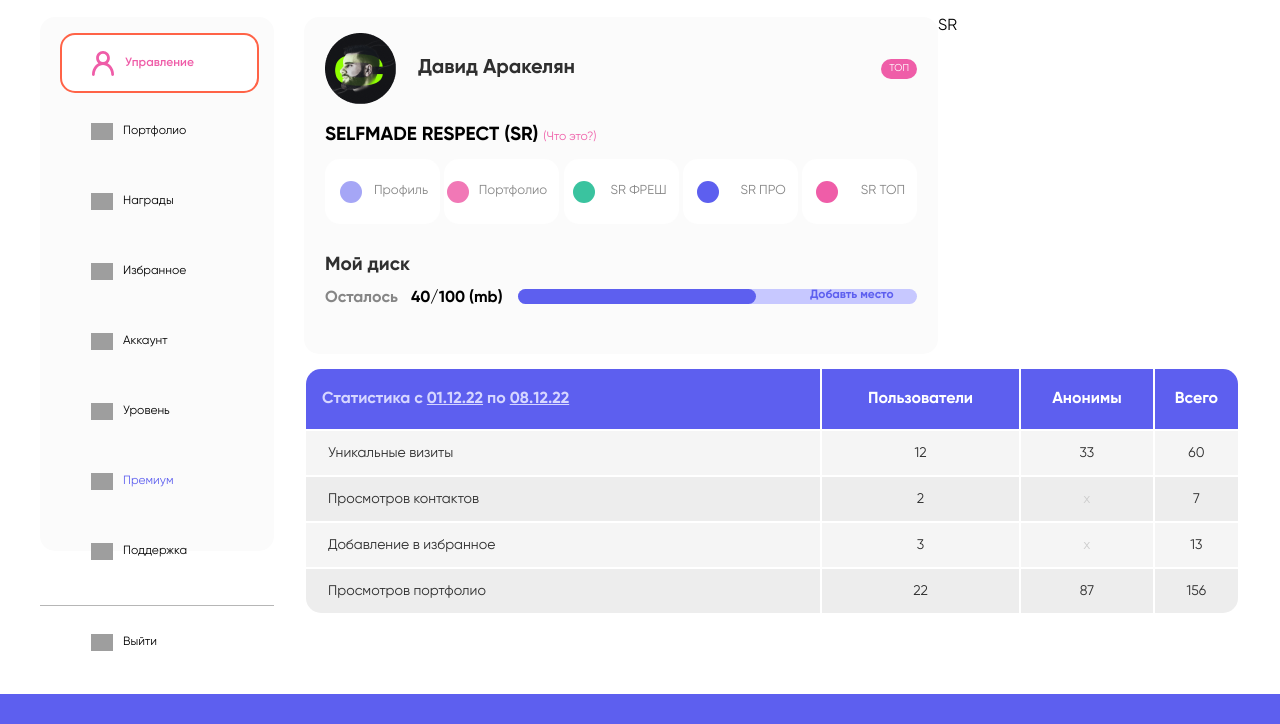
Repository: alexboagreek/selfmade
Page: index.html
An editor plug-in stored every save of this project. The page is shown before and after the next save, followed by the edit.
The browser window is 1280 px wide. The pictures show the part of the page from y = 353 to 1077 px (the page is 1586 px tall before and 1703 px after).
Pictures or frames that could not be fetched are drawn as grey boxes. A picture or video elsewhere on the page could not be fetched, so the positions and the page height are approximate.

Above is the page before, as saved 2022-12-13 16:52:11.

After the next save:
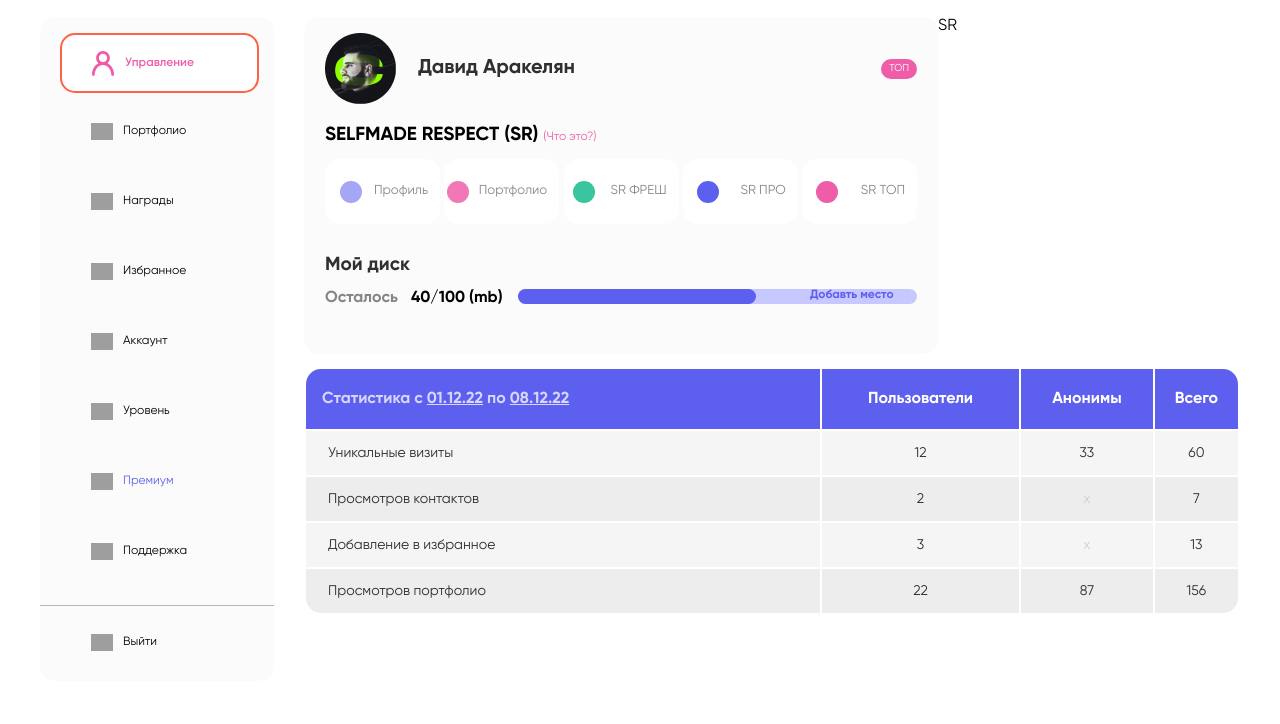
Saved 43 s later.
--- a/css/sidebar.css
+++ b/css/sidebar.css
@@ -11,7 +11,7 @@
     display: flex;
     justify-content: center;
     width: 234px;
-    height: 534px;
+    min-height: 534px;
     border-radius: 15px;
     background-color: var(--color-main);
     margin-bottom: 130px;
